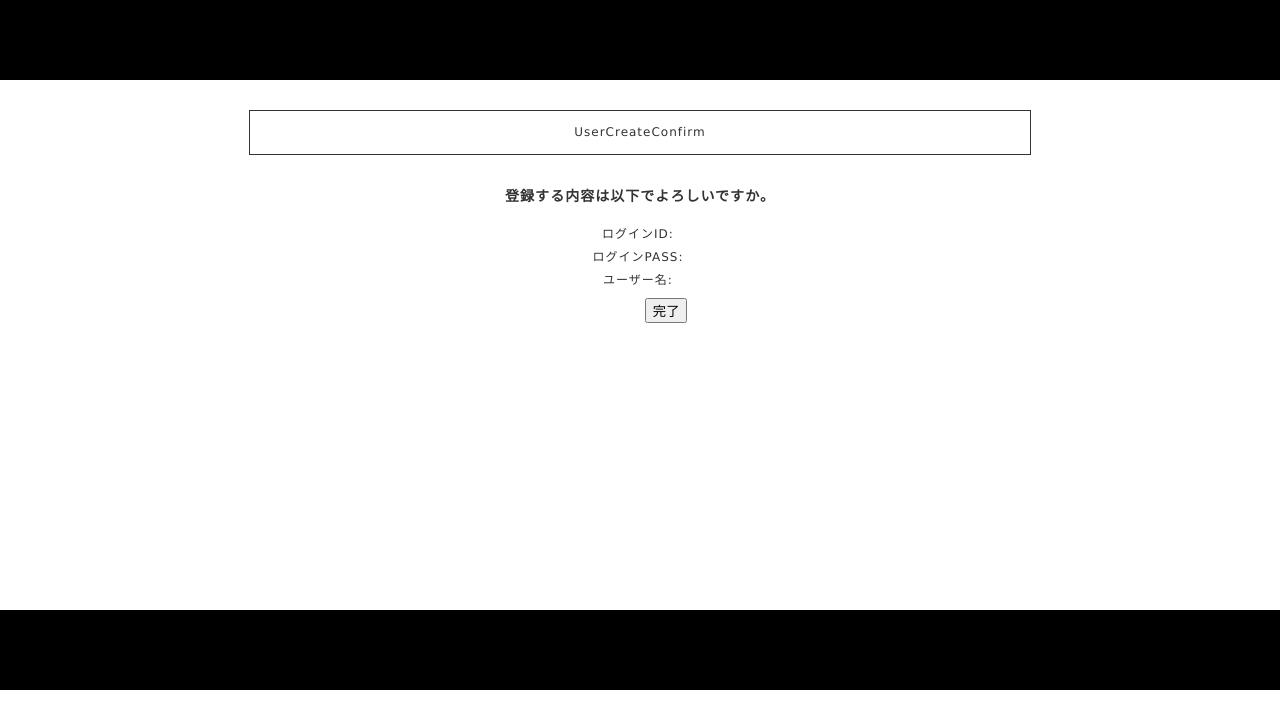
Repository: ryuhei0204/test
Page: http://localhost/ecsite02/userCreateComplete.jsp
An editor plug-in stored every save of this project. The page is shown before and after the next save, followed by the edit.
The browser window is 1280 px wide. The pictures show the whole page.
The page is served by Tomcat 9. Other server files are loaded and not shown.

Above is the page before, as saved 2019-05-23 01:27:16.

### ecsite02/WebContent/userCreateComplete.jsp
<%@ page language="java" contentType="text/html; charset=UTF-8"
    pageEncoding="UTF-8"%>
<%@ taglib prefix="s" uri="/struts-tags" %>
<!DOCTYPE html>
<html>
<head>
<meta  http-equiv="Content-Type" content="text/html; charset=UTF-8"/>
<meta  http-equiv="Content-Style-Type" content="text/css"/>
<meta  http-equiv="Content-Script-Type" content="text/javascript"/>
<meta  http-equiv="imagetoolbar" content="no"/>
<meta name="description" content=""/>
<meta name="keywords" content=""/>
<title>UserCreateComfirm画面</title>

<style type="text/css">

  body{
    margin:0;
    padding:0;
    line-height:1.6;
    letter-spacing:1px;
    font-family:Verdana,Helvetica,sans-serif;
    font-size:12px;
    color:#333;
    background:#fff;
  }

  table{
    text-align:center;
    margin:0 auto;
  }


  #top{
    width:780px;
    margin:30px auto;
    border:1px solid #333;
  }

  #header{
    width:100%;
    height:80px;
    background-color:black;
  }

  #main{
    width:100%;
    height:500px;
    text-align:center;
  }

  #footer{
    width:100%;
    height:80px;
    background-color:black;
    clear:both;
  }
  </style>
</head>
<body>
   <div id="header">
      <div id="pr">
      </div>
   </div>
   <div id="main">
      <div id="top">
         <p>UserCreateConfirm</p>
      </div>
      <div>
         <h3>登録する内容は以下でよろしいですか。</h3>
         <table>
            <s:form action="UserCreateCompleteAction">
            <tr id="box">
               <td>
                  <label>ログインID:</label>
               </td>
               <td>
                  <s:property value="loginUserId" escape="false"/>
               </td>
            </tr>
            <tr id="box">
               <td>
                  <label>ログインPASS:</label>
               </td>
               <td>
                  <s:property value="loginPassword" escape="false"/>
               </td>
            </tr>
            <tr id="box">
               <td>
                  <label>ユーザー名:</label>
               </td>
               <td>
                  <s:property value="userName" escape="false"/>
               </td>
            </tr>
            <tr>
               <td>
                  <s:submit value="完了"/>
               </td>
            </tr>
         </s:form>
         </table>
      </div>
   </div>
   <div id="footer">
      <div id="pr">
      </div>
   </div>
</body>
</html>

After the next save:
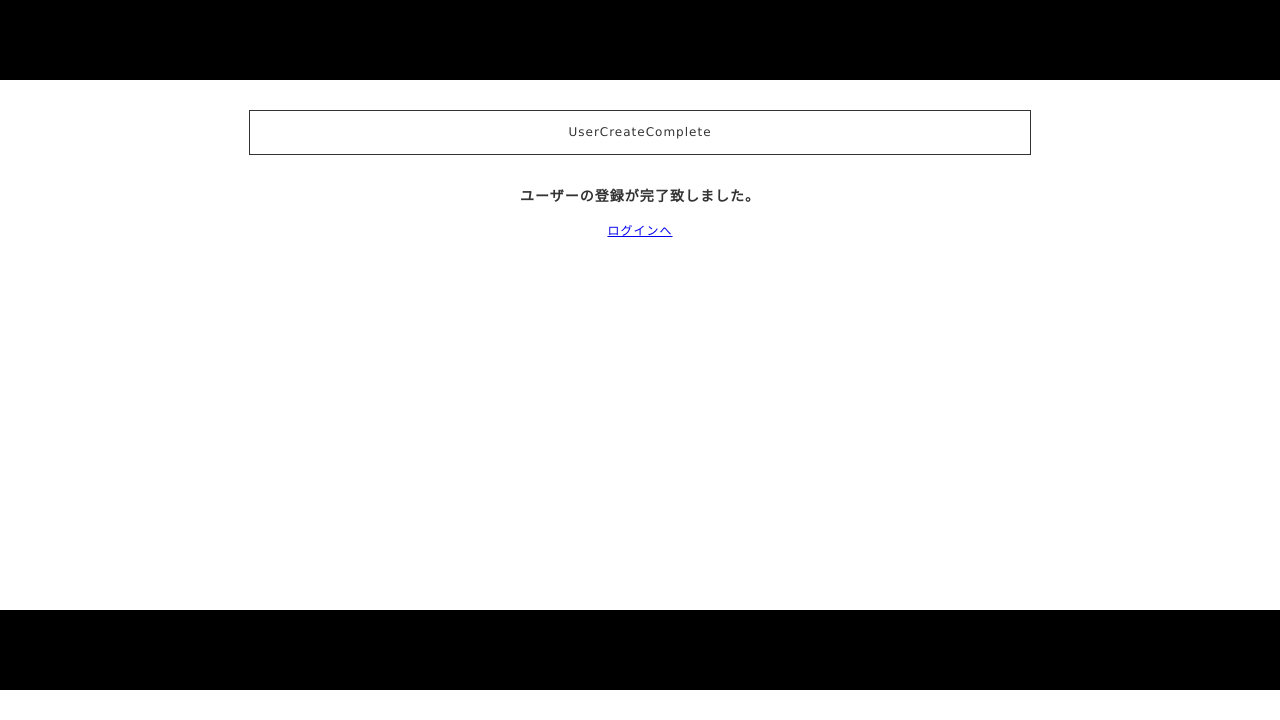
Saved 16 min 28 s later.
--- a/ecsite02/WebContent/userCreateComplete.jsp
+++ b/ecsite02/WebContent/userCreateComplete.jsp
@@ -10,7 +10,7 @@
 <meta  http-equiv="imagetoolbar" content="no"/>
 <meta name="description" content=""/>
 <meta name="keywords" content=""/>
-<title>UserCreateComfirm画面</title>
+<title>UserCreateComplete画面</title>
 
 <style type="text/css">
 
@@ -64,45 +64,16 @@
    </div>
    <div id="main">
       <div id="top">
-         <p>UserCreateConfirm</p>
+         <p>UserCreateComplete</p>
       </div>
       <div>
-         <h3>登録する内容は以下でよろしいですか。</h3>
-         <table>
-            <s:form action="UserCreateCompleteAction">
-            <tr id="box">
-               <td>
-                  <label>ログインID:</label>
-               </td>
-               <td>
-                  <s:property value="loginUserId" escape="false"/>
-               </td>
-            </tr>
-            <tr id="box">
-               <td>
-                  <label>ログインPASS:</label>
-               </td>
-               <td>
-                  <s:property value="loginPassword" escape="false"/>
-               </td>
-            </tr>
-            <tr id="box">
-               <td>
-                  <label>ユーザー名:</label>
-               </td>
-               <td>
-                  <s:property value="userName" escape="false"/>
-               </td>
-            </tr>
-            <tr>
-               <td>
-                  <s:submit value="完了"/>
-               </td>
-            </tr>
-         </s:form>
-         </table>
+         <h3>ユーザーの登録が完了致しました。</h3>
+         <div>
+            <a href='<s:url action="HomeAction"/>'>ログインへ</a>
+         </div>
       </div>
    </div>
+
    <div id="footer">
       <div id="pr">
       </div>
